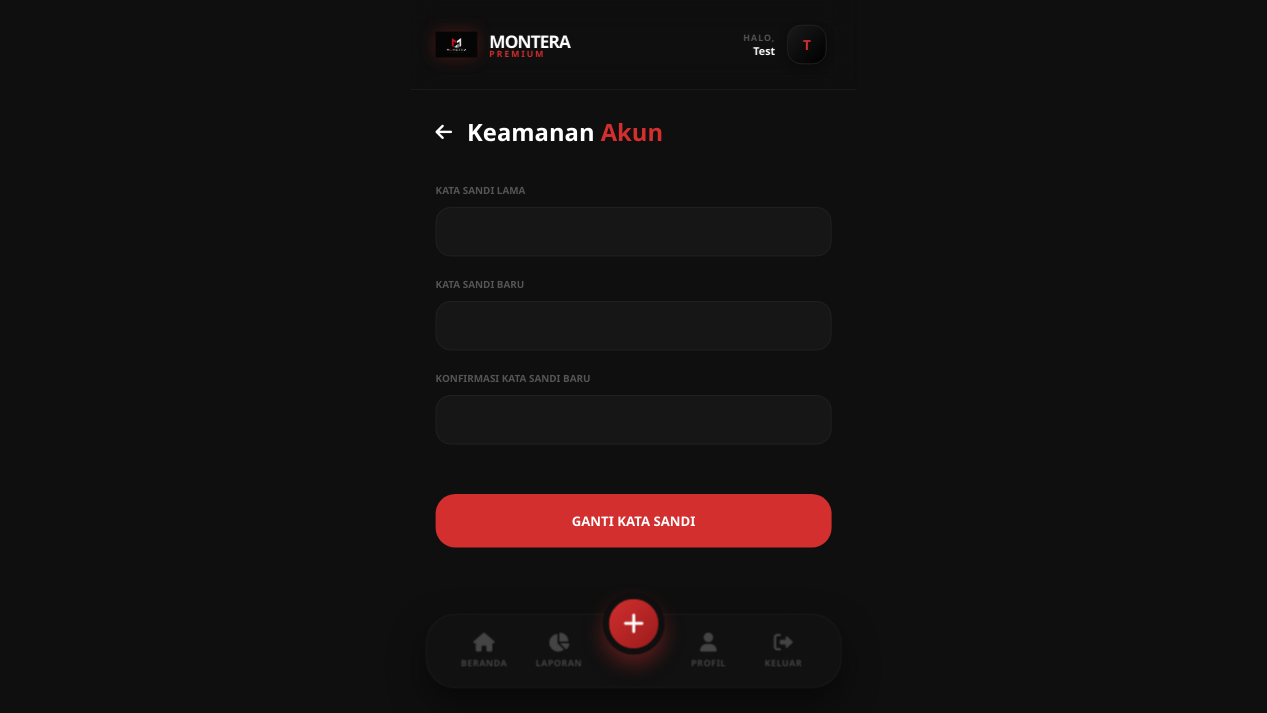
Repository: Tenno1208/montera-app
Page: http://localhost/profil/keamanan
An editor plug-in stored every save of this project. The page is shown before and after the next save, followed by the edit.
The browser window is 1280 px wide. The pictures show the whole page, at 99% of full size.
The page is served by the project's Laravel application, run on PHP 8.4 with Laravel 12. A made-up administrator, Test User (test@example.com), is signed in.

Above is the page before, as saved 2026-04-23 20:11:04.

After the next save:
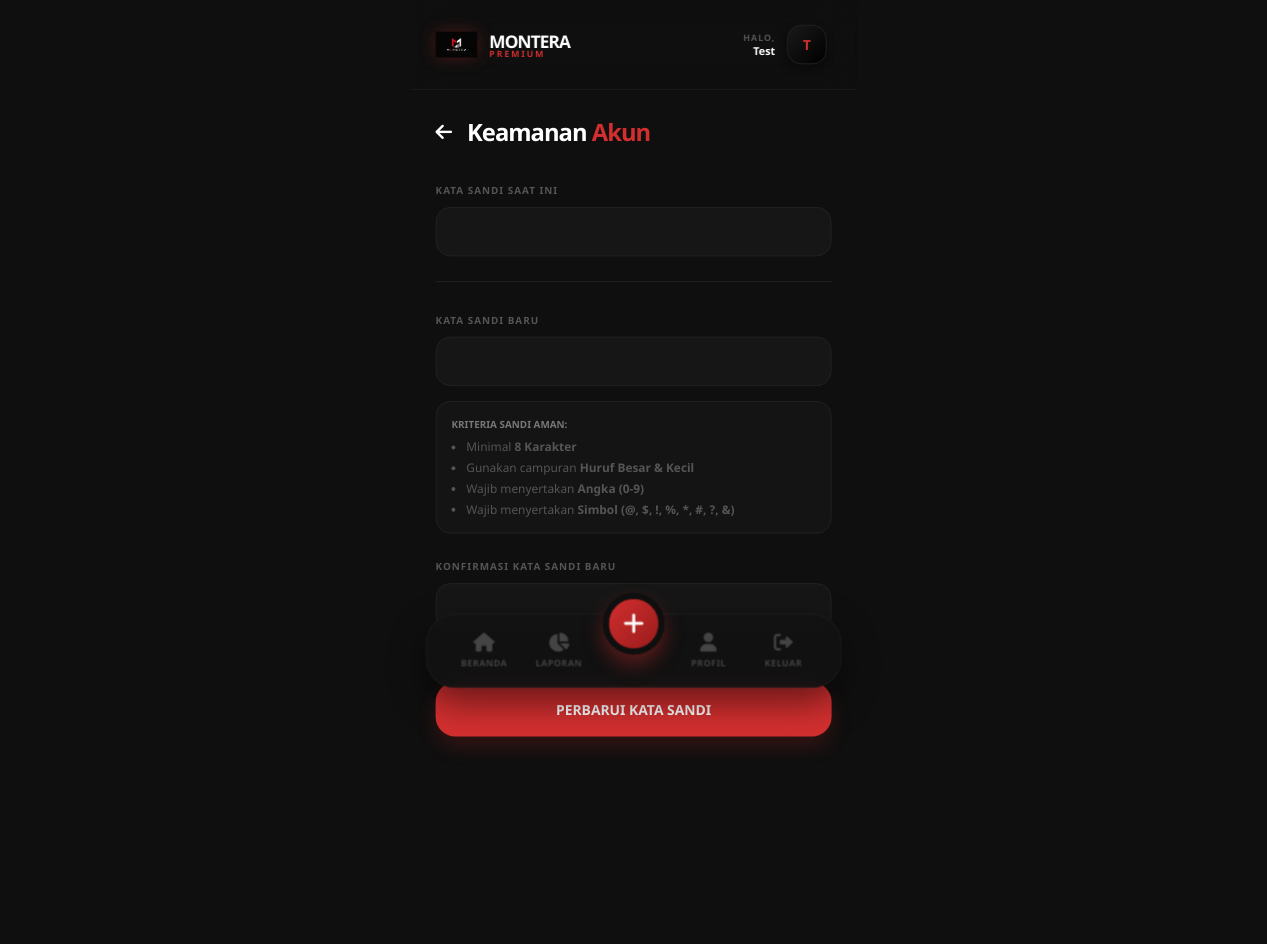
Saved 10 s later.
--- a/resources/views/auth/keamanan.blade.php
+++ b/resources/views/auth/keamanan.blade.php
@@ -1,35 +1,50 @@
 @extends('layouts.app')
 
 @section('content')
-<div style="padding: 25px;">
+<div style="padding: 25px; padding-bottom: 100px;">
     <div style="display: flex; align-items: center; gap: 15px; margin-bottom: 30px;">
         <a href="{{ route('profil') }}" style="color: white; font-size: 1.2rem;"><i class="fa-solid fa-arrow-left"></i></a>
-        <h2 style="font-weight: 900; margin: 0;">Keamanan <span style="color: #D32F2F;">Akun</span></h2>
+        <h2 style="font-weight: 900; margin: 0; letter-spacing: -1px;">Keamanan <span style="color: #D32F2F;">Akun</span></h2>
     </div>
 
     <form action="{{ route('profil.keamanan.update') }}" method="POST">
         @csrf @method('PUT')
 
-        <div style="margin-bottom: 15px;">
-            <label style="font-size: 10px; color: #555; font-weight: 800; text-transform: uppercase;">Kata Sandi Lama</label>
+        <div style="margin-bottom: 25px;">
+            <label style="font-size: 10px; color: #555; font-weight: 800; text-transform: uppercase; letter-spacing: 1px;">Kata Sandi Saat Ini</label>
             <input type="password" name="current_password" required
-                   style="width: 100%; background: #161616; border: 1px solid #222; color: white; padding: 15px; border-radius: 15px; margin-top: 8px;">
-            @error('current_password') <small style="color: #ff4d4d;">{{ $message }}</small> @enderror
+                   style="width: 100%; background: #161616; border: 1px solid #222; color: white; padding: 15px; border-radius: 15px; margin-top: 8px; outline: none; transition: 0.3s;">
+            @error('current_password') <small style="color: #D32F2F; font-weight: bold; margin-top: 5px; display: block;">{{ $message }}</small> @enderror
         </div>
 
+        <div style="height: 1px; background: #222; margin-bottom: 25px;"></div>
+
         <div style="margin-bottom: 15px;">
-            <label style="font-size: 10px; color: #555; font-weight: 800; text-transform: uppercase;">Kata Sandi Baru</label>
+            <label style="font-size: 10px; color: #555; font-weight: 800; text-transform: uppercase; letter-spacing: 1px;">Kata Sandi Baru</label>
             <input type="password" name="password" required
-                   style="width: 100%; background: #161616; border: 1px solid #222; color: white; padding: 15px; border-radius: 15px; margin-top: 8px;">
+                   style="width: 100%; background: #161616; border: 1px solid #222; color: white; padding: 15px; border-radius: 15px; margin-top: 8px; outline: none;">
+            @error('password') <small style="color: #D32F2F; font-weight: bold; margin-top: 5px; display: block;">{{ $message }}</small> @enderror
+        </div>
+
+        <div style="background: rgba(255,255,255,0.02); padding: 15px; border-radius: 15px; border: 1px solid #222; margin-bottom: 20px;">
+            <p style="font-size: 10px; color: #777; font-weight: 800; margin-bottom: 8px; text-transform: uppercase;">Kriteria Sandi Aman:</p>
+            <ul style="margin: 0; padding-left: 15px; font-size: 0.75rem; color: #555; display: flex; flex-direction: column; gap: 4px;">
+                <li>Minimal <strong>8 Karakter</strong></li>
+                <li>Gunakan campuran <strong>Huruf Besar & Kecil</strong></li>
+                <li>Wajib menyertakan <strong>Angka (0-9)</strong></li>
+                <li>Wajib menyertakan <strong>Simbol (@, $, !, %, *, #, ?, &)</strong></li>
+            </ul>
         </div>
 
         <div style="margin-bottom: 30px;">
-            <label style="font-size: 10px; color: #555; font-weight: 800; text-transform: uppercase;">Konfirmasi Kata Sandi Baru</label>
+            <label style="font-size: 10px; color: #555; font-weight: 800; text-transform: uppercase; letter-spacing: 1px;">Konfirmasi Kata Sandi Baru</label>
             <input type="password" name="password_confirmation" required
-                   style="width: 100%; background: #161616; border: 1px solid #222; color: white; padding: 15px; border-radius: 15px; margin-top: 8px;">
+                   style="width: 100%; background: #161616; border: 1px solid #222; color: white; padding: 15px; border-radius: 15px; margin-top: 8px; outline: none;">
         </div>
 
-        <button type="submit" class="btn-submit" style="width: 100%; background: #D32F2F; color: white; border: none; padding: 18px; border-radius: 20px; font-weight: 900;">GANTI KATA SANDI</button>
+        <button type="submit" class="btn-submit" style="width: 100%; background: #D32F2F; color: white; border: none; padding: 18px; border-radius: 20px; font-weight: 900; font-size: 14px; cursor: pointer; box-shadow: 0 10px 20px rgba(211, 47, 47, 0.2);">
+            PERBARUI KATA SANDI
+        </button>
     </form>
 </div>
 @endsection
